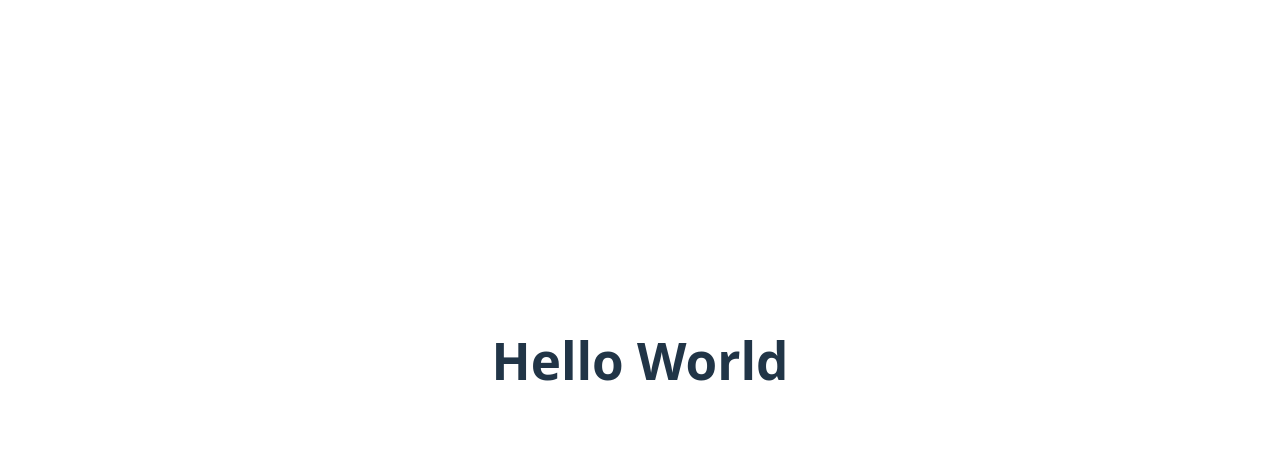
Repository: bellincanta/ReactNative
Page: / (app in Projetos/aulaReact/)
The author's editor kept a copy of each file at every save. The page is drawn from the files as they stood at one save, then again after the next save.
The browser window is 1280 px wide. The pictures show the whole page.
The project was rebuilt for these pictures with package versions that can differ from the ones it lists, and the page was loaded fresh each time. Also part of the build but not shown: Projetos/aulaReact/vite.config.ts.

Above is the page before, as saved 2025-06-05 17:21:16.

After the next save:
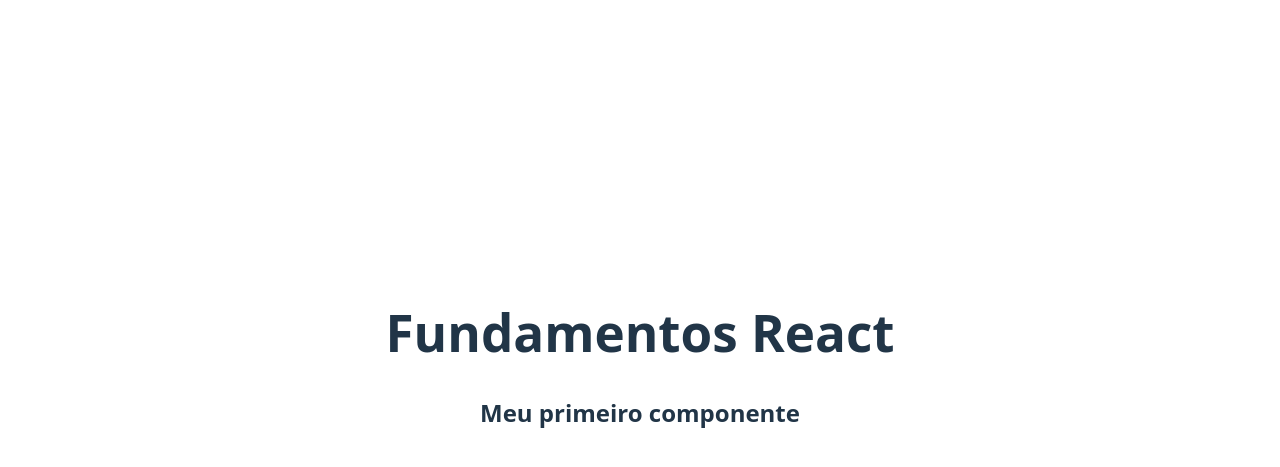
Saved 4 min 11 s later.
--- a/Projetos/aulaReact/src/App.tsx
+++ b/Projetos/aulaReact/src/App.tsx
@@ -1,11 +1,13 @@
 
+import PrimeiroComponente from './components/PrimeiroComponente'
 import './App.css'
 
 function App() {
   return (
     <>
       <div>
-       <h1>Hello World</h1>
+       <h1>Fundamentos React</h1>
+       <PrimeiroComponente/>
       </div>
     </>
   )
